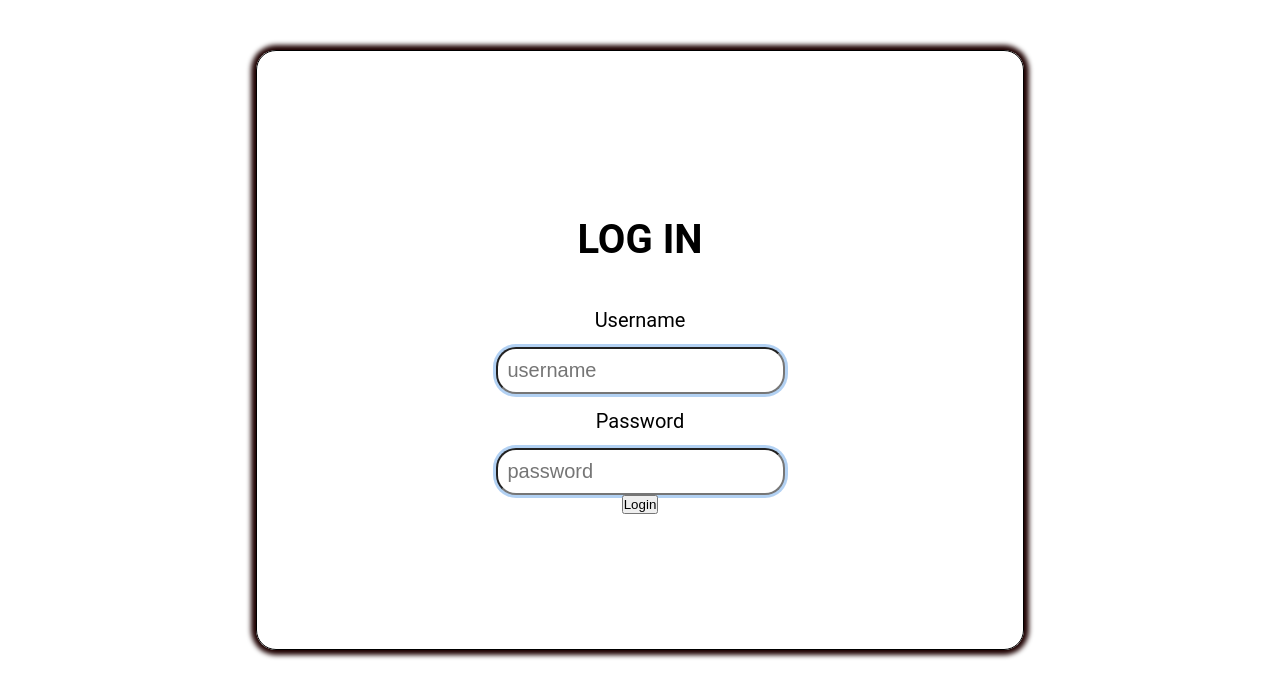
Repository: huyna1707/learning-git
Page: index.html
The author's editor kept a copy of each file at every save. The page is drawn from the files as they stood at one save, then again after the next save.
The browser window is 1280 px wide. The pictures show the whole page.

Above is the page before, as saved 2024-08-09 23:25:25.

After the next save:
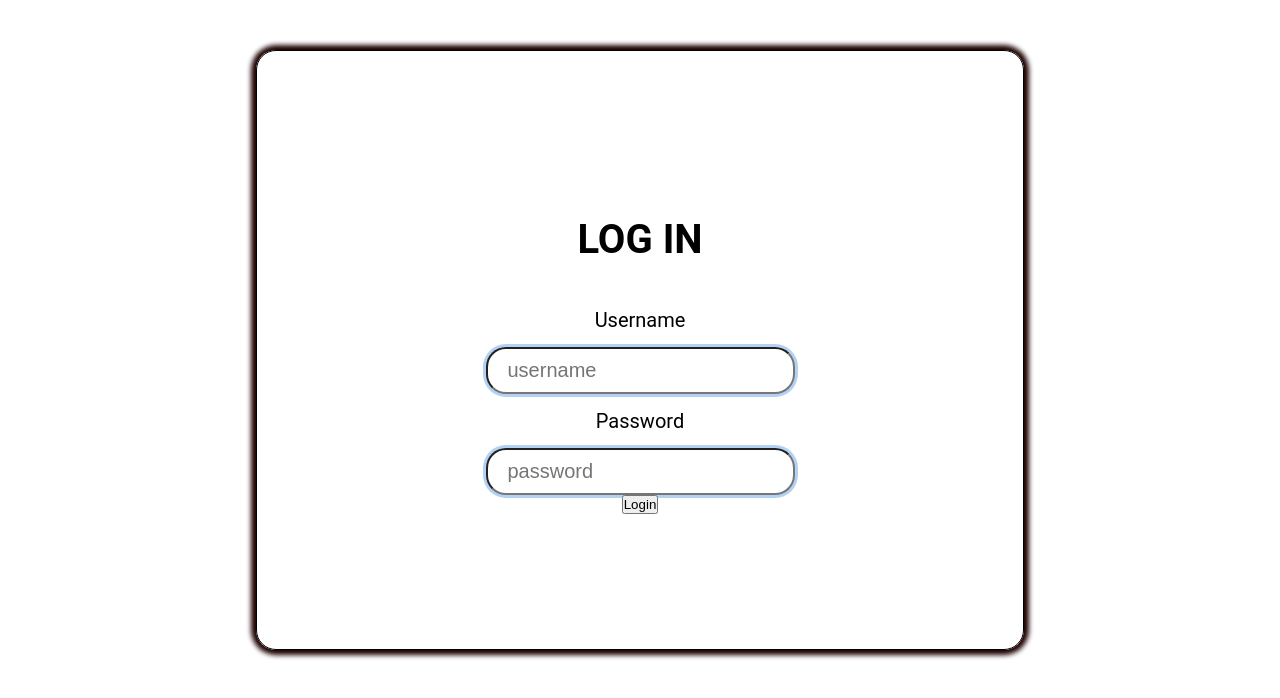
Saved 17 s later.
--- a/style.css
+++ b/style.css
@@ -37,6 +37,6 @@ form label{
 form input{
     border-radius: 20px;
     font-size: 20px;
-    padding: 10px;
+    padding: 10px 20px;
     box-shadow: rgba(3, 102, 214, 0.3) 0px 0px 0px 3px;
 }
